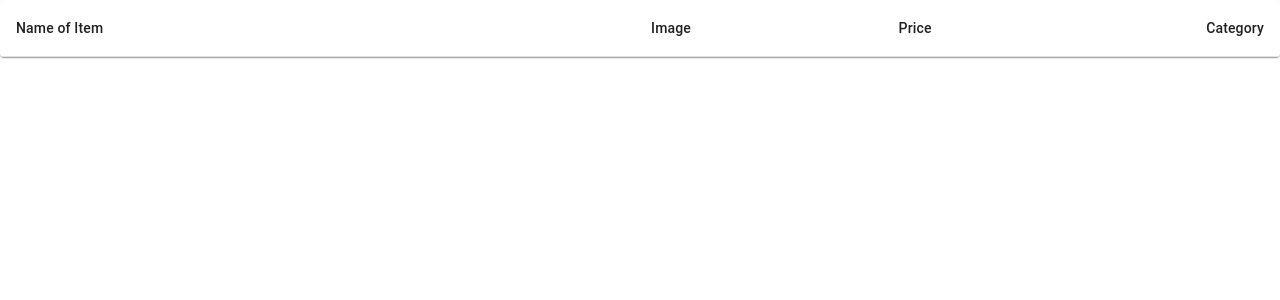
Repository: nj10deadend/mern-w-auth-app
Page: /store (app in frontend/store/)
These files come from the project's save history. The page is drawn as it stood at one moment and after the next save; the edit follows.
The browser window is 1280 px wide. The pictures show the whole page.
The page's requests for data from a server got no answer. The project was rebuilt for these pictures with package versions that can differ from the ones it lists, and the page was loaded fresh each time. No one was signed in, and anything a server would have sent is missing. Also part of the build but not shown: frontend/store/src/components/StoreItems.js, frontend/store/src/components/Registration.js, frontend/store/src/components/Login.js, frontend/store/src/AuthenticatedApp.js.

Above is the page before, as saved 2022-01-07 01:29:01.

After the next save:
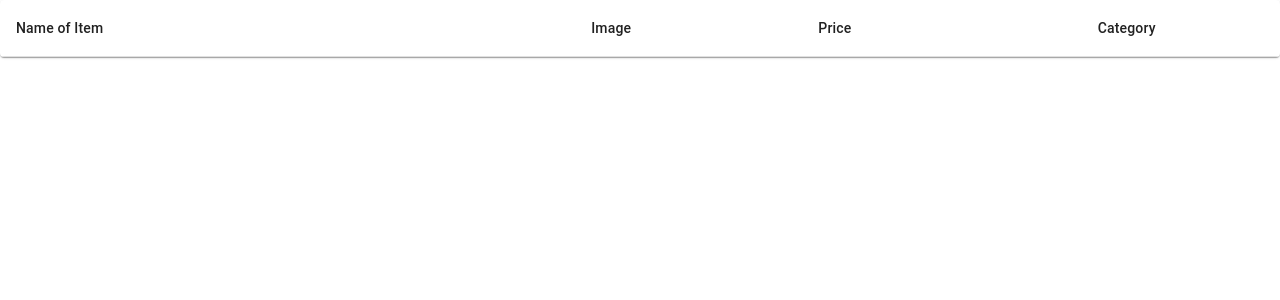
Saved 61 s later.
--- a/frontend/store/src/components/Store.js
+++ b/frontend/store/src/components/Store.js
@@ -45,6 +45,7 @@ function Store () {
                             <TableCell align="right">Image</TableCell>
                             <TableCell align="right">Price</TableCell>
                             <TableCell align="right">Category</TableCell>
+                            <TableCell align="right"></TableCell>
                         </TableRow>
                     </TableHead>
 
